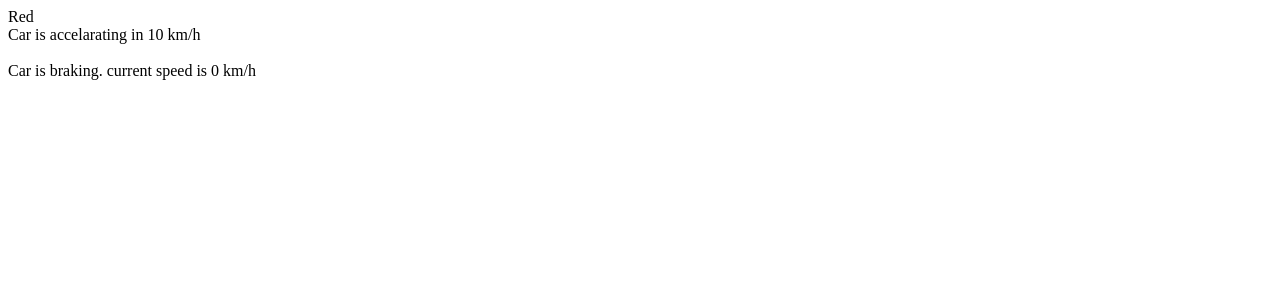
Repository: Aminullah-01/geek-php-laravel-backend-engineering
Page: http://localhost/weeks/week-04-databases-pdo/day1/oop.php
An editor plug-in stored every save of this project. The page is shown before and after the next save, followed by the edit.
The browser window is 1280 px wide. The pictures show the whole page.
The page is run by PHP 8.4 with error messages shown; the project is at /var/www/html/.

Above is the page before, as saved 2026-02-23 14:34:19.

After the next save:
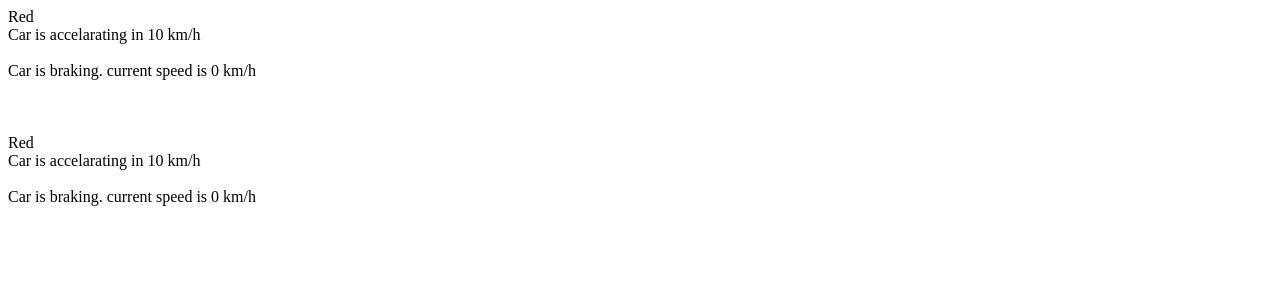
Saved 8 s later.
--- a/weeks/week-04-databases-pdo/day1/oop.php
+++ b/weeks/week-04-databases-pdo/day1/oop.php
@@ -55,3 +55,10 @@ echo "<br/>";
 echo "<br/>";
 echo "<br/>";
 echo "<br/>";
+echo $car1->getColor();
+echo "<br/>";
+echo $car1->accelarate();
+echo "<br/>";
+echo "<br/>";
+
+echo $car1->brake();
